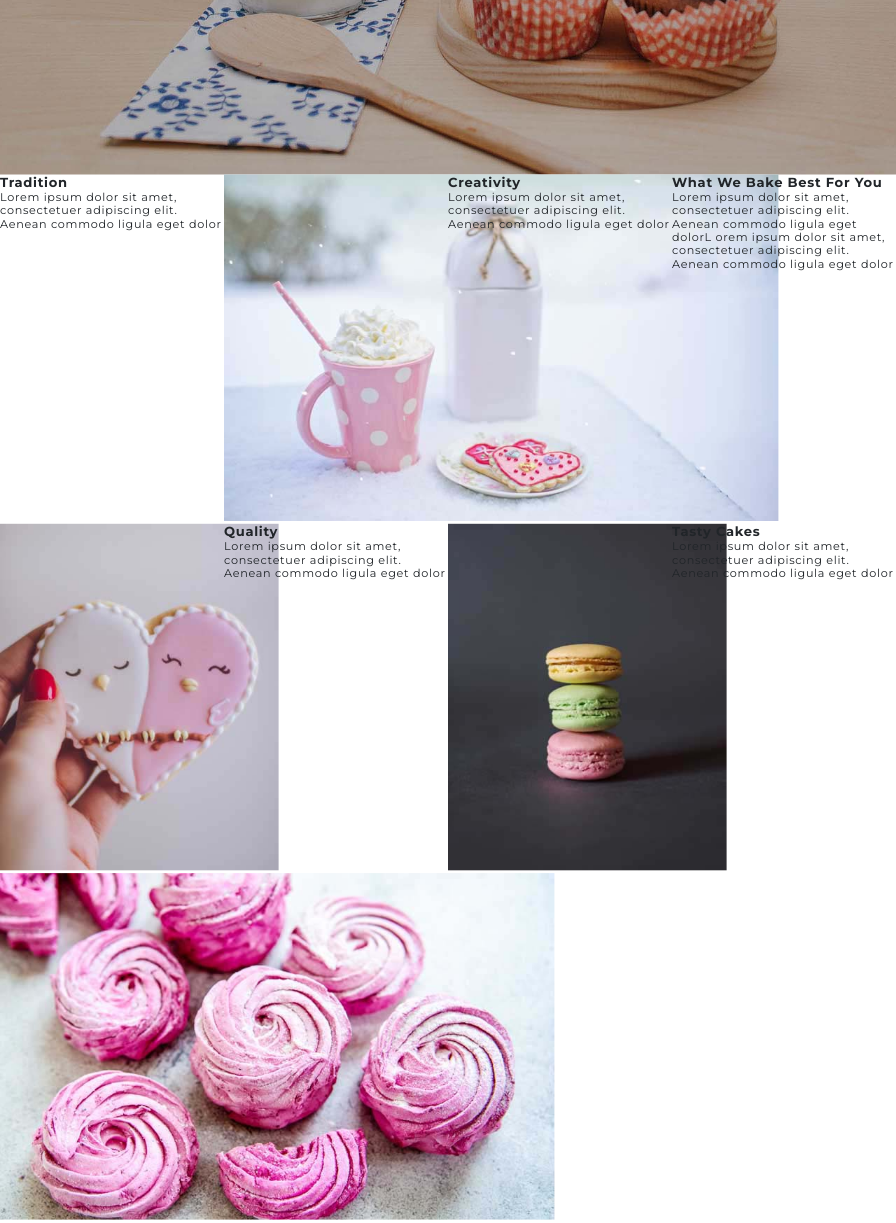
Repository: ducdatit2002/bake-cake
Page: index.html
An editor plug-in stored every save of this project. The page is shown before and after the next save, followed by the edit.
The browser window is 1280 px wide. The pictures show the part of the page from y = 535 to 2455 px (the page is 2282 px tall before and 3010 px after), at 70% of full size.

Above is the page before, as saved 2023-07-13 12:15:47.

### index.html
<!DOCTYPE html>
<html lang="en">
<head>
    <meta charset="UTF-8">
    <meta name="viewport" content="width=device-width, initial-scale=1.0">
    <title>BAKE</title>
    <!-- FONT ICON -->
    <link rel="stylesheet" href="https://cdnjs.cloudflare.com/ajax/libs/font-awesome/6.4.0/css/all.min.css"
        integrity="sha512-iecdLmaskl7CVkqkXNQ/ZH/XLlvWZOJyj7Yy7tcenmpD1ypASozpmT/E0iPtmFIB46ZmdtAc9eNBvH0H/ZpiBw=="
        crossorigin="anonymous" referrerpolicy="no-referrer" />
    <!-- FONT GOOGLE -->
    <link rel="preconnect" href="https://fonts.googleapis.com">
    <link rel="preconnect" href="https://fonts.gstatic.com" crossorigin>
    <link href="https://fonts.googleapis.com/css2?family=Montserrat:wght@300;400;700&display=swap" rel="stylesheet">
    <!-- MAIN CSS -->
    <link rel="stylesheet" href="./index.css">

</head>
<body>
    <!-- HEADER -->
    <header>
        <div class="header__content">
            <p>BAKE</p>
            <nav>
                <ul>
                    <li class="active"><a href="#">HOME</a></li>
                    <li><a href="#">ABOUT</a></li>
                    <li><a href="#">SERVICE</a></li>
                    <li><a href="#">GALLERY</a></li>
                    <li><a href="#">CLIENTS</a></li>
                    <li><a href="#">CONTACT</a></li>
                </ul>
            </nav>
        </div>
    </header>
    <!-- CAROUSEL -->
    <section class="carousel">
        <div class="carousel__content">
            <h1>Best Bake Here</h1>
            <p>Donec at massa nec sem eleifend fermentum.</p>
            <button>LEARN MORE</button>
        </div>
    </section>
    <!-- INTRO -->
    <section class="intro">
        <div class="intro__item">
            <div>
                <h3>Tradition</h3>
                <p>Lorem ipsum dolor sit amet, consectetuer adipiscing elit. Aenean commodo ligula eget dolor</p>
            </div>
        </div>
        <div class="intro__item">
            <img src="./img/ab1.jpg" alt="intro 1">
        </div>
        <div class="intro__item">
            <div>
                <h3>Creativity</h3>
                <p>Lorem ipsum dolor sit amet, consectetuer adipiscing elit. Aenean commodo ligula eget dolor</p>
            </div>
        </div>
        <div class="intro__item">
            <div>
                <h3>What We Bake Best For You</h3>
                <p>Lorem ipsum dolor sit amet, consectetuer adipiscing elit. Aenean commodo ligula eget dolorL orem ipsum dolor sit amet,
                consectetuer adipiscing elit. Aenean commodo ligula eget dolor</p>
            </div>
        </div>
        <div class="intro__item">
            <img src="./img/ab2.jpg" alt="intro 2">
        </div>
        <div class="intro__item">
            <div>
                <h3>Quality</h3>
                <p>Lorem ipsum dolor sit amet, consectetuer adipiscing elit. Aenean commodo ligula eget dolor</p>
            </div>
        </div>
        <div class="intro__item">
            <img src="./img/ab3.jpg" alt="intro 3">
        </div>
        <div class="intro__item">
            <div>
                <h3>Tasty Cakes</h3>
                <p>Lorem ipsum dolor sit amet, consectetuer adipiscing elit. Aenean commodo ligula eget dolor</p>
            </div>
        </div>
        <div class="intro__item">
            <img src="./img/ab4.jpg" alt="intro 4">
        </div>
    </section>
    <!-- NUMBER -->
    <section class="number"></section>
    <!-- SERVICES -->
    <section class="services"></section>
    <!-- GALLERY -->
    <section class="gallery"></section>
    <!-- TEAM MEMBER -->
    <section class="team"></section>
    <!-- FEEDBACK -->
    <section class="feedback"></section>
    <!-- CONTACT -->
    <section class="contact"></section>
    <!-- FOOTER -->
    <footer></footer>
</body>
</html>

### index.css
/* GLOBAL */
*{
    margin: 0;
    padding: 0;
    box-sizing: border-box;
}
html{
    font-size: 16px;
    /* 1 rem = 18px */
    /* Không khai báo thì 1 rem là 16px */

}
body {
    font-family: 'Montserrat', sans-serif;
    color: #212529;
    background-color: #fff;
    letter-spacing: 1px;
}
button {
    background-color: #ff0e83;
    border: 1px solid white;
    color: white;
    padding: 13px 32px;
    font-size: 0.875rem;
    border-radius: 5px;
    cursor: pointer;
    letter-spacing: 1px;
    transition: all 0.5s;
}
button:hover {
    background-color: white;
    color: black;
    border-color: #ff0e83;

}
/* HEADER */
header {
    background-color: #4e2a84;
    padding: 20px 0;
}
.header__content {
    width: 70%;
    margin: 0 auto;
    display: flex;
    justify-content: space-around;
    align-items: center;
}
.header__content ul {
    list-style: none;
}
.header__content ul a {
    text-decoration: none;
    color: white;
    font-weight: 700;
    font-size: 0.75rem;
    letter-spacing: 2px;
    /* transition-property: all;
    transition-duration: 1s;
    transition-delay: 0s;
    transition-timing-function: linear; */
    transition: all 1s;
}
.header__content ul a:hover {
    color: #ff0e83;
}
.header__content ul li {
    display: inline;
    margin: 0 1rem;
}
.header__content p {
    color: white;
    font-size: 2.3rem;
    /* 2.3 rem ~ 37px */
}
.header__content ul .active a {
    color: #ff0e83;
}

/* CAROUSEL */
.carousel{
    background-image: url(./img/b3.jpg);
    height: 700px;
    background-size: cover;
    background-position: center;
    color: white;
    text-align: center;
    display: flex;
    justify-content: center;
    align-items: center;
}
.carousel__content h1 {
    font-size: 3.5rem;
}
.carousel__content p {
    font-size: 1.1rem;
    padding: 23px 0;
}
/* INTRO */
.intro {
    display: grid;
    /* grid-template-columns: 25% 25% 25% 25%; */
    grid-template-columns: repeat(4, 25%);

}

After the next save:
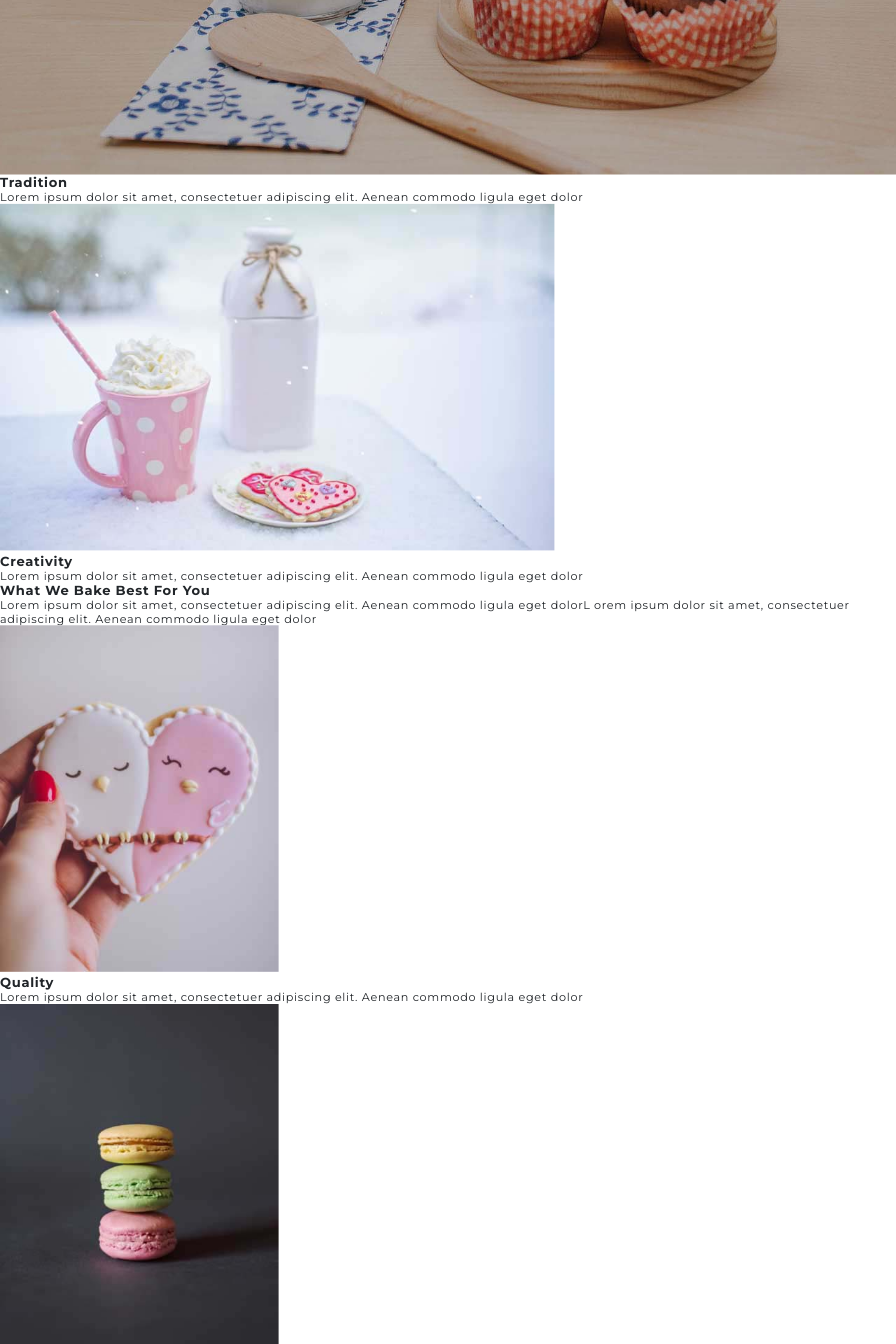
Saved 72 s later.
--- a/index.css
+++ b/index.css
@@ -99,6 +99,6 @@ header {
 .intro {
     display: grid;
     /* grid-template-columns: 25% 25% 25% 25%; */
-    grid-template-columns: repeat(4, 25%);
+    /* grid-template-columns: repeat(4, 25%); */
 
 }
